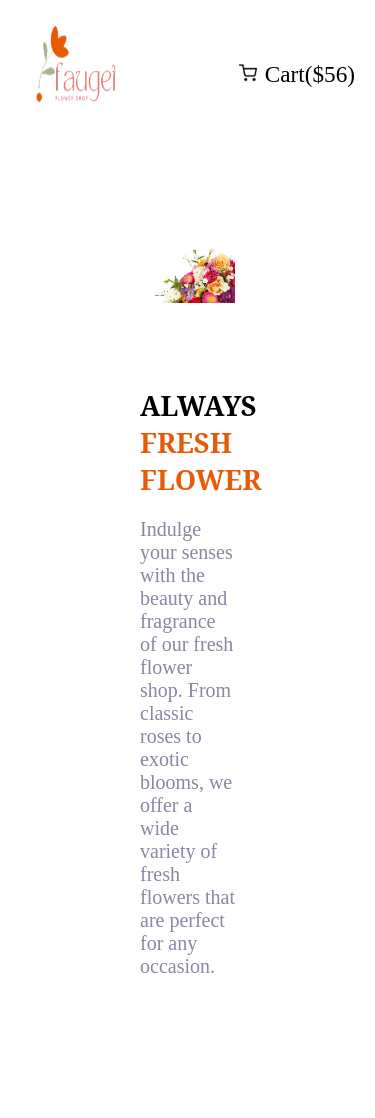
Repository: dollyrakhe22/Flowers-main-website
Page: index.html
An editor plug-in stored every save of this project. The page is shown before and after the next save, followed by the edit.
The browser window is 375 px wide. The pictures show the whole page.
Some web libraries are served in a nearby version.

Above is the page before, as saved 2025-07-25 02:22:40.

### index.html
<!DOCTYPE html>
<html lang="en">
<head>
    <meta charset="UTF-8">
    <meta name="viewport" content="width=device-width, initial-scale=1.0">
    <title>Flowers Site</title>
    <link rel="stylesheet" href="style.css">
    <link rel="stylesheet" href="https://cdnjs.cloudflare.com/ajax/libs/font-awesome/7.0.0/css/all.min.css" integrity="sha512-DxV+EoADOkOygM4IR9yXP8Sb2qwgidEmeqAEmDKIOfPRQZOWbXCzLC6vjbZyy0vPisbH2SyW27+ddLVCN+OMzQ==" crossorigin="anonymous" referrerpolicy="no-referrer" />
</head>
<body >
  <!--Header-Section -->
    <header>
           <nav class="nav-bar display-flex">
                <img src="assets/logo.png" alt="" srcset="">

                   <ul class="list-link display-flex ">

                <li class="list-item text-black ">Home</li>
                <li class="list-item text-gray">Shop</li>
                <li class="list-item text-gray">About us</li>
                <li class="shopping"><img src="assets/shopping-cart (1).jpg"id="shopping-card" alt="" srcset=""width="15px" height="15px">Cart($56)</li>
             </ul>
           </nav>
           </header>
   <main>
  <!--Fresh Flowers-->
   <!---->
 <section class="flower-section display-flex" hidden>
  <div class="fresh-flower">
   <h1 class="flower-title noto-serif-normal">ALWAYS <span class="primary-color">FRESH<br> FLOWER</span></h1>
   <p class="flower-description text-gray">Indulge your senses with the beauty and fragrance of our fresh flower shop. From classic roses to exotic blooms,
     we offer a wide variety of fresh flowers that are perfect for any occasion. </p>
  </div>
  <div class="flower-img">
    <img src="assets/hero-flower.png" alt="" srcset="">
  </div>

 </section>
 <!--Plants--
<section class="plants-section" hidden>

    <h1 class="plant-title noto-serif-normal"><span class="primary-color">Our</span> Plants</h1>
    <p class="plant-description text-gray">Indulge your senses with the beauty
      and fragrance  of our fresh flower shop. <span style="display: block;"> From classic roses to exotic blooms,a wide variety of fresh.</span>
     </p>
</section>
<!--Plant-Card-Container--
<section hidden>
<div class="card-container">
  <div class="plant-card">
    <img src="assets/sample-flower-image.png" alt="" srcset="">
    <h4 class="lily">Lilly Blossom</h4>
    <p class="price">20 USD</p>
    <button class="btn">ADD TO CART</button>
  </div>
  <div class="plant-card">
    <img src="assets/sample-flower-image.png" alt="" srcset="">
    <h3 class="lily">Lilly Blossom</h3>
    <p class="price">20 USD</p>
    <button class="btn">ADD TO CART</button>
  </div>
  <div class="plant-card">
    <img src="assets/sample-flower-image.png" alt="" srcset="">
    <h3 class="lily">Lilly Blossom</h3>
    <p class="price">20 USD</p>
    <button class="btn">ADD TO CART</button>
  </div>
  <div class="plant-card">
    <img src="assets/sample-flower-image.png" alt="" srcset="">
    <h3 class="lily">Lilly Blossom</h3>
    <p class="price">20 USD</p>
    <button class="btn">ADD TO CART</button>
  </div>

<div class="plant-card">
    <img src="assets/sample-flower-image.png" alt="" srcset="">
    <h3 class="lily">Lilly Blossom</h3>
    <p class="price">20 USD</p>
    <button class="btn">ADD TO CART</button>
  </div>
  <div class="plant-card">
    <img src="assets/sample-flower-image.png" alt="" srcset="">
    <h3 class="lily">Lilly Blossom</h3>
    <p class="price">20 USD</p>
    <button class="btn">ADD TO CART</button>
  </div>
  <div class="plant-card">
    <img src="assets/sample-flower-image.png" alt="" srcset="">
    <h3 class="lily">Lilly Blossom</h3>
    <p class="price">20 USD</p>
    <button class="btn">ADD TO CART</button>
  </div>
  <div class="plant-card">
    <img src="assets/sample-flower-image.png" alt="" srcset="">
    <h3 class="lily">Lilly Blossom</h3>
    <p class="price">20 USD</p>
    <button class="btn">ADD TO CART</button>
  </div>

</div>
</section hidden>
<!--Flowers-Lovers--
<section class="flower-plant display-flex">
  <div class="badge-container">
    <img id="badge" src="assets/trusted-badge.png" alt="" srcset="" >
    <img src="assets/flower-store.png" alt="" srcset="">
  </div>
  <div class="plan-about">
    <h1 class="lover-title noto-serif-normal">Flowers and Plant Lovers</h1>
    <ul class="lover-description">
      <li class="text-gray">Indulge your senses with the beauty and fragrance of our fresh flower shop.
         From classic roses to exotic blooms, we offer a wide variety of fresh.</li>
      <li class="text-gray">Indulge your senses with the beauty and fragrance of our fresh flower shop.
         From classic roses to exotic blooms, we offer a wide variety of fresh.</li>
      <li class="text-gray">Indulge your senses with the beauty and fragrance of our fresh flower shop.
         From classic roses to exotic blooms, we offer a wide variety of fresh.</li>
    </ul>
  </div>
</section>
<!--Latest-Deals--
<section class="latest-section"  hidden>

    <h1 class="latest-title noto-serif-normal"><span class="primary-color">Latest</span> Deals</h1>
    <p class="latest-description text-gray">Indulge your senses with the beauty
      and fragrance  of our fresh flower shop. <span style="display: block;"> From classic roses to exotic blooms,a wide variety of fresh.</span>
     </p>
</section>
<!--Latest-Deals-Box--
 <section class ="latest-box" hidden>
  <div class="row">
    <div class="card" style="background-image:url(assets/deal-bloom.png) " style="background:#C8C8C8;">
        <div class="bloom-text">
          <h4 class="bloom noto-serif-normal">60% Off | Bloom Plant</h4>
         <a href="shop" class="shop">Shop Now</a>

        </div>
      </div>
    <div class="card" style="background-image:url(assets/deal-ana.png)" >
        <div class="bloom-text">
          <h4 class="bloom noto-serif-normal">60% Off | Bloom Plant</h4>
         <a href="shop" class="shop">Shop Now</a>
        </div>

      </div>
  </div>

  <div class="zabo" style="background-image: url(assets/deal-zabo.png);">
  <div class="zabo-text">
    <h1 class="zabo-title noto-serif-normal">25% Off | Zabo Plant</h1>
    <a href="shop" class="zabo-shop">shop Now</a>

  </div>



</div>

 </section>
<!--Search-Section--
<section hidden>
  <div class="branch">

      <h1 class="branch-title noto-serif-normal">Join the colorful Bunch</h1>
       <div class="wrapper">
      <div class="input-data display-flex">
    <input type="text" name="" id="" placeholder="Write email">

    <button class="search-button">Subscribe</button>

      </div>
  </div>
  </div>
</section>

<!--Footer --
<div class="footer display-flex" hidden>
<div class="footer-section">
 <img src="assets/logo.png" alt="" srcset="">
 <p class="text-gray footer-description">Indulge your senses with the
  <br>beauty and fragrance of our fresh <br>flower shop. </p>
</div class="display-flex">


<div class="footer-list">
  <ul>
   <li class="footer-link text-gray" >Home</li>
   <li class="footer-link text-gray">About us</li>
   <li class="footer-link text-gray">Blog</li>
   <li class="footer-link text-gray">FAQ</li>
   <li class="footer-link text-gray">Contact Us</li>

  </ul>
</div>
<div class="footer-list display-flex icon-list">
<div class=" list">
  <ul>
    <li class="footer-link text-gray">Feature</li>
    <li class="footer-link text-gray">Pricing</li>
    <li class="footer-link text-gray">Privacy Of Policy</li>
    <li class="footer-link text-gray">Terms Of Service</li>
    <li class="footer-link text-gray">Help Center</li>
  </ul>

      <span class="social-icon">
      <img src="assets/icon-linkedin.png" alt="" srcset="" width="30px" height="30px" >
    <img src="assets/icon-twitter.png" alt="" srcset=""  width="30px" height="30px" >
    <img src="assets/icon-facebook.png" alt="" srcset="" width="30px" height="30px" >
    <img src="assets/icon-youtube.png" alt="" srcset="" width="30px" height="30px">
      </span>
  </div>
















</div>



    </main>
    <footer>

    </footer>
</body>
</html>

### style.css
@import url('https://fonts.googleapis.com/css2?family=Noto+Serif:ital,wght@0,100..900;1,100..900&display=swap');

*{
    box-sizing: border-box;
    margin: 0;
    padding: 0;
}

.noto-serif-normal{
  font-family: "Noto Serif", serif;
  font-optical-sizing: auto;
  font-style: normal;

}
/*shared style*/
.display-flex{
    display: flex;
}
/*black*/
.text-black{
    color:#252432;
    font-weight: bold;
}
/*dark 02*/
.text-gray{
    color: #8987A1;
}
.primary-color{
    color:#E95A08;
}
/*navbar start*/
.nav-bar{
   justify-content: space-between;
   margin: 20px auto;
   max-width: 1250px;


}
.list-link{
    justify-items: center;
    justify-content: center;
    align-items: center;



}
nav ul li{
    list-style: none;
    margin-right: 30px;
}
#shopping-card{
    margin-right: 8px;
}
/*Fresh Flower*/
.fresh-flower{
    margin-top: 70px;
}
.flower-section{
    max-width: 100%;
   margin: 140px;
   gap: 10px;
}
.flower-title{
      font-size: 3.75rem;
}
.flower-description{
    font-size: 1.25rem;
    margin-top: 20px;
}
/*Plants*/
.plants-section{
  justify-items: center;

}
.plant-title{
    font-size: 2.18rem;
    font-weight: 700;
}
.plant-description{
    font-size: 1.25rem;
    margin-top: 15px;
   text-align: center;

}
/*Plant-Card-Container*/
.card-container{
    max-width: 1150px;
    margin: 45px auto;
    display: grid;
    grid-template-columns: repeat(4,1fr);
    gap: 5px;
}
.plant-card {
    align-items: center;
    justify-items: center;
}
.lily{
    font-size: 1rem;
    font-weight:200;
    margin-top: 10px;
}
.price{
    font-size: 1.06rem;
    font-weight: bold;
    margin-top: 10px;
}
.btn{
   background-color: #E95A08;
   color:white;
   width: 270px;
   height: 33px;
   border: none;
   margin-top: 16px;
   margin-bottom: 12px;
}
/*Flowers and Lover*/
#badge{
    width: 240px;
    height:240px;
    margin-left: 443px;
    margin-bottom: -122px;
    position: relative;

}
.badge-container{
    margin-top: -147px;
}




.flower-plant{
   max-width: 100%;
    margin: 170px 160px ;
     width: 1250px;

}
.plan-about{
    margin-left: -5px;
    width: 300px;
    margin-right: 268px;
    justify-content: center;
    justify-items: center;


}


.flower-plant img{
    width: 590px;
    height: 450px;
}
.lover-title{
    font-size: 50px;
    width: 470px;
    margin-top: -12px;
    margin-left: 124px;
}
.lover-description{
    font-size: 1.25rem;
    margin-top: 30px;
    margin: 21px;
    width: 400px;
}
.lover-description{
     margin-left: 118px;
}
/*latest-Deals*/
.latest-section{
  justify-items: center;


}
.latest-title{
    font-size: 2.18rem;
    font-weight: 700;
    margin-top: -75px;
}
.latest-description{
    font-size: 1.25rem;
    margin-top: 15px;
   text-align: center;

}

/*Latest-Deals-Box*/
.bloom{
    color: white;
    font-size: 1.2rem;

}
   a{
     color:white;
     font-size: 0.8rem;

}
/*
.zabo-font{
    color:white;
    padding: 180px;
    margin-left: 43px;

}
*/
.zabo-title{
    color: white;
    font-size: 2.06rem;
    font-weight: 700;

}
.card{
   background-repeat: no-repeat;


}
.card {
    text-align: center;
    justify-items: center;
    width: 360px;
    height:163px;
    margin-bottom: 19px;
    margin-left: -105px;
    border-radius: 10px;

}
.zabo {
     background-repeat: no-repeat;
     width: 750px;
     height: 345px;
     margin-left: 20px;
     border-radius: 10px;
}


.row{
   display: grid;
 grid-template-columns: repeat(1,1fr);


}
.zabo-text {
    padding: 180px;
    margin-top:-42px;

}
.zabo-shop{
    font-size: 2rem;
    margin-left:105px;
    font-weight: 800;
}
.bloom-text{
   padding: 65px;
}
.shop{
    font-size: 1.3rem;
    margin-left:10px;
}
.latest-box{
    display: flex;
    margin: 50px 267px;
    width: 1140%;
}
/*Search Section*/
.branch{
    background-image: url(assets/news-letter-bg.png);
    margin-bottom: 50px;
    width: 1490px;
    height:398px;
    background-size: cover;
    text-align: center;
    padding: 170px;

}
.input-data{
   justify-content: center;
}

.branch-title{
    font-size: 2.18rem;
    color: white;
}
.wrapper{
    padding: 22px;

}
.input-data{
    height: 39px;
}
input{
    width: 540px;
}
.search-button{
    background-color:#E95A08;
    color: white;
    border: none;
    width: 130px;
}
/*Footer*/
.footer{
   max-width: 100%;
   margin-bottom: 50px;

}
.footer-section{
    margin: 6px 80px;

}
.footer-description{
    font-size: 1.25rem;
    margin-top: 20px;
}
.footer-list{
    margin: 60px;
    margin-left: 100px;
}
.icon-list{
    display: flex ;
    justify-content: center;

}
.list{
         display: inline-flex;
         gap: 10px;

         margin-left: 110px;
}
.social-icon{
    margin-left: 120px;
}
.footer-list ul li{
       list-style: none;
}
.footer-link{
    line-height: 40px;
    font-size: 1.125rem;
}
.social-icon img{
    margin-right: 25px;
}



/*Responsive media query*/
/*Mobile device */
@media screen and (max-width:576px){
    .nav-bar{
        max-width: 100%;
        margin: 24px auto;
        margin-left: 36px;
    }
    nav img{
        width:80px;
        height: 80px;
    }
   .list-link{
     flex-direction: column;
     align-items: center;
   }
   .list-item{
    display: none;
   }
   .shopping{
       font-size: 1.45rem;
        margin-top: 25px;
        margin-right: 20px;
   }
   li img{
    width: 18px;
    height: 18px;

   }
   li{
       margin-bottom: 5px;
       margin-top: 50px;
   }
  .flower-section {
       flex-direction: column-reverse;

  }
  .flower-img img{
    max-width: 100%;
    width: 285px;

  }
  .flower-title{
    font-size:1.7rem;
  }

















}

After the next save:
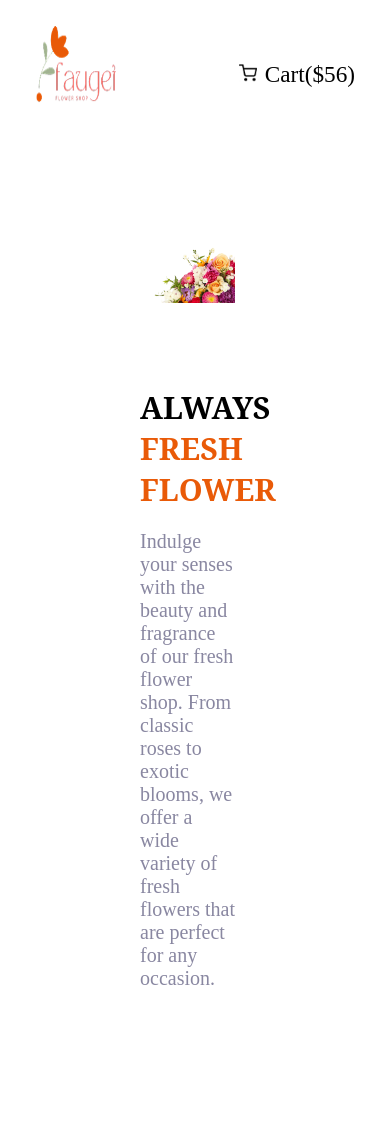
Saved 11 s later.
--- a/style.css
+++ b/style.css
@@ -383,7 +383,7 @@ input{
 
   }
   .flower-title{
-    font-size:1.7rem;
+    font-size:1.9rem;
   }
 
 
